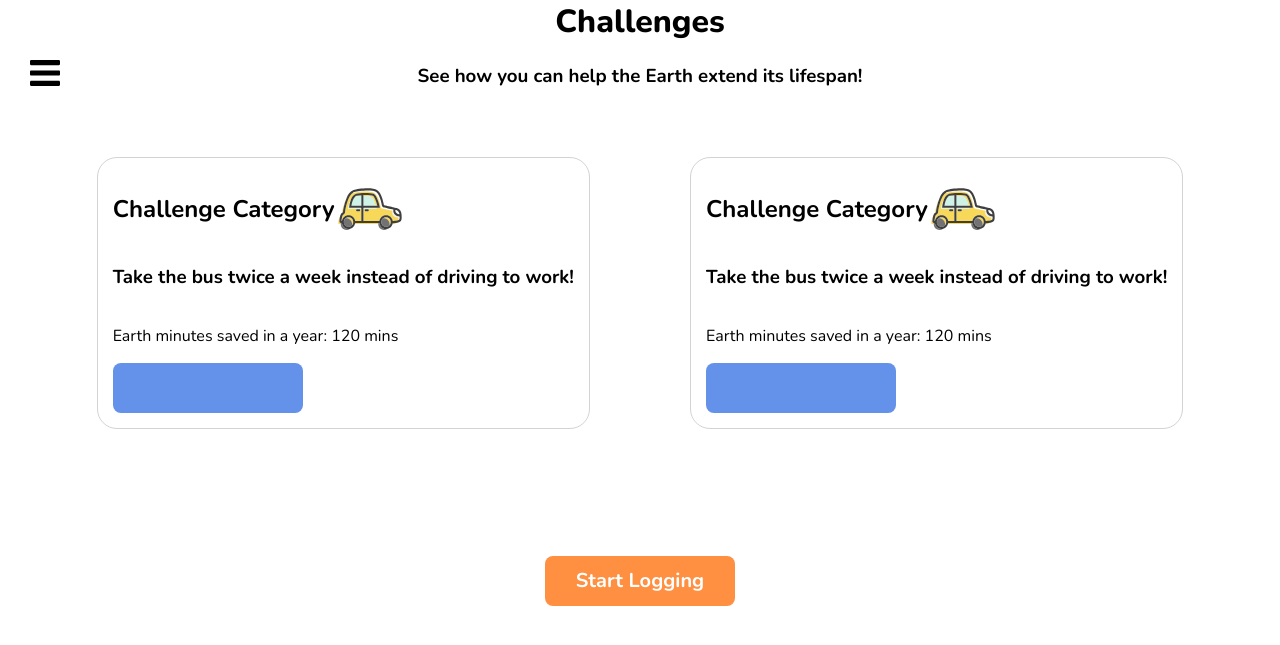
Repository: cho196/Timearth
Page: /challenges
These files come from the project's save history. The page is drawn as it stood at one moment and after the next save; the edit follows.
The browser window is 1280 px wide. The pictures show the whole page.
The project was rebuilt for these pictures with package versions that can differ from the ones it lists, and the page was loaded fresh each time. The framework's server and built-in components were replaced by stand-ins that run in the browser. Also part of the build but not shown: next.config.js.

Above is the page before, as saved 2022-04-12 21:56:39.

### pages/challenges.js
import ChallengeCont from "../comps/Challenge_cont";
import Layout from "../comps/Layout/page"

export default function Challenges() {
    return <div>
    <Layout></Layout>
    <h1>Challenges</h1>
        <h3>See how you can help the Earth
extend its lifespan!</h3>
        <div class="challenges">
        <ChallengeCont></ChallengeCont>
        <ChallengeCont></ChallengeCont>
        </div>
    </div>
}

### styles/globals.css
@import url('https://fonts.googleapis.com/css2?family=Nunito:wght@400;500;600;700;800&display=swap');

html,
body {
  padding: 0;
  margin: 0;
  font-family: 'Nunito', sans-serif;
  text-align: center;
}

a {
  color: inherit;
  text-decoration: none;
}

* {
  box-sizing: border-box;
}

h1 {
    font-weight: 800;
    font-size: 32px;
    line-height: 44px;
    width: 90%;
    margin:auto;
}

h4 {
    font-weight: 400;
    font-size: 18px;
    line-height: 25px;
    margin-top: 0;
    width: 90%;
}

button {
    font-family: 'Nunito', sans-serif;
    border: none;
    font-style: normal;
    cursor: pointer;
}

.logomark {
    width: 12em;
    height: 12em;
    margin-top: 2em;
}

.background-shape {
    position: absolute;
    bottom: 0;
    height: 30%;
    width: 100%;
    border-radius: 50% 50% 0 0;
    background-color: #6B97ED;
    z-index: -1;
}

.section-selection {
    display: flex;
    flex-wrap: wrap;
    justify-content: center;
}

/* challenges */
.challenges {
    display:flex;
    flex-wrap:wrap;
    justify-content: center;
}

.challenge-heading {
    display:flex;
}
.challenge-img {
    align-self:flex-end;
}


@media only screen and (max-width: 600px) and (max-height: 750px){
    .logomark {
        width: 10em;
        height: 10em;
        margin-top: 0.5em;
    }

    h1 {
        font-size: 24px;
    }

    h4 {
        font-size: 16px;
    }

}

### comps/Challenge_cont.js
import { useRouter } from "next/router";
import styled from 'styled-components';
import { cat1, cat2, cat3, cat4, cat5, cat6 } from "../data/intro_content";
import { SecondaryButton } from "./Button";


const Challenge_cont = styled.div`
border:1px solid lightgrey;
border-radius:20px;
display:flex;
flex-direction:column;
align-items:flex-start;
margin:50px;
padding:15px;
`

export function ChallengeHeading() {
    return <div class="challenge-heading">
       <h2>Challenge Category</h2>
        <img class="challenge-img" src={cat1.img} />
    </div>
}

export default function ChallengeCont() {
    return <Challenge_cont>
        <ChallengeHeading />
        <h3>Take the bus twice a week instead of driving to work!</h3>
        <p>Earth minutes saved in a year: 120 mins</p>
        <SecondaryButton></SecondaryButton>
    </Challenge_cont>
}

### comps/Layout/page.js
import { useRouter } from "next/router";
import styled from 'styled-components';
import Menu from "../Menu";
import { PrimaryButton } from '../Button'

const LayoutComp = styled.div`
    display: flex;
    flex-direction: column;
    justify-content: center;
    align-items: center;
`

export default function Layout() {

    return (
        <LayoutComp>
            <Menu />
            <PrimaryButton/>
        </LayoutComp>
    )
}

### data/intro_content.js
export const PageTitle ="Let’s Start!"

export const cat1 = {
    title: "Transportation",
    img: "/transportation.svg"
}

export const cat2 = {
    title: "Food",
    img: "/food.svg"
}

export const cat3 = {
    title: "Water",
    img: "/water.svg"
}

export const cat4 = {
    title: "Electricity",
    img: "/electricity.svg"
}

export const cat5 = {
    title: "Waste",
    img: "/waste.svg"
}

export const cat6 = {
    title: "Shopping",
    img: "/shopping.svg"
}

### comps/Button.js
import { BtnStyle, BtnText, TextBtnStyle } from "../data/index_content"
import { useRouter } from "next/router";
import styled from 'styled-components';

const Button = styled.button`
    background-color: ${props => BtnStyle[props.BtnStyle].bgcolor};
    color: ${props => BtnStyle[props.BtnStyle].txtcolor};
    font-weight: 700;
    font-size: 20px;
    line-height: 27px;
    border-radius: 8px;
    width: 190px;
    height: 50px;
    bottom: 15.88%;
    position: absolute;
`
const TextButton = styled.div`
    display: flex;
    position: absolute;
    font-style: normal;
    font-weight: 700;
    font-size: 18px;
    line-height: 25px;
    cursor: pointer;
    left: ${props => TextBtnStyle[props.TextBtnStyle].left};
    right: ${props => TextBtnStyle[props.TextBtnStyle].right};
    top: 45px;
    color: ${props => TextBtnStyle[props.TextBtnStyle].color}
`
const StartButton = styled.button`
    background-color: ${props => BtnStyle[props.BtnStyle].bgcolor};
    color: ${props => BtnStyle[props.BtnStyle].txtcolor};
    font-weight: 700;
    font-size: 20px;
    line-height: 27px;
    border-radius: 8px;
    width: 190px;
    height: 50px;
`

export function BackButton() {
    const r = useRouter();

    return <TextButton
        TextBtnStyle="back"
        onClick={
            () => {
                r.replace(
                    {
                        pathname: "/intro"
                    }
                )
            }
        }>
        <img src ="../chevronleft.svg"></img>
        {BtnText.back}
    </TextButton>
}

export function SkipButton() {
    // const r = useRouter();

    return <TextButton
        TextBtnStyle = "skip">
        {BtnText.skip}
    </TextButton>
}

export function CTAButton() {
    const r = useRouter();

    return <Button
        BtnStyle="white"
        onClick={
            () => {
                r.replace(
                    {
                        pathname: "/intro"
                    }
                )
            }
        }
    >{BtnText.index}
    </Button>
}

export function PrimaryButton() {
    const r = useRouter();
    return <Button
        BtnStyle="orange"
        onClick={
            () => {
                r.replace(
                    {
                        pathname: "/questions"
                    }
                )
            }
        }
    >{BtnText.intro}
    </Button>
}

export function NextButton() {
    const r = useRouter();

    return <Button
        BtnStyle="white"
        onClick={
            () => {
                r.replace(
                    {
                        pathname: "/intro"
                    }
                )
            }
        }
    >{BtnText.next}
    </Button>
}

export function SecondaryButton() {
    const r = useRouter();

    return <StartButton
        BtnStyle="blue"
        onClick={
            () => {
                r.replace(
                    {
                        pathname: "./"
                    }
                )
            }
        }
    >{BtnText.start}
    </StartButton>
}

### comps/Menu.js
import { useRouter } from "next/router";
import styled from 'styled-components';

const Hamburger = styled.img`
    position: absolute;
    width: 30px;
    height: 26px;
    left: 30px;
    top: 60px;
    cursor: pointer;
`

export default function Menu() {

    return <Hamburger
        src="/hamburger.svg"
        alt="Hamburger Menu"
        onClick={
            () => {

            }
        }
    />

}

### data/index_content.js
export const PageTitle = "It’s time to log your changes!";

export const TextBtnStyle = {
    back: {
        color: "#000000",
        left: "14px"

    },

    skip: {
        color: "#BFBFBF",
        right: "30px"
    }
}

export const BtnStyle = {
    blue: {
        bgcolor: "#6491E9",
        txtcolor: "#FFFFFF"
    },

    orange: {
        bgcolor: "#FF9042",
        txtcolor: "#FFFFFF"
    },

    white: {
        bgcolor: "#FFFFFF",
        txtcolor: "#000000"
    },

    inactive: {
        bgcolor: "#DADADA",
        txtcolor: "#FFFFFF"
    }
}

export const BtnText = {
    index: "Get Started",
    intro: "Start Logging",
    next: "Next",
    back: "Back",
    skip: "Skip"
}

Loaded but not shown: pages/_app.js (common file)

After the next save:
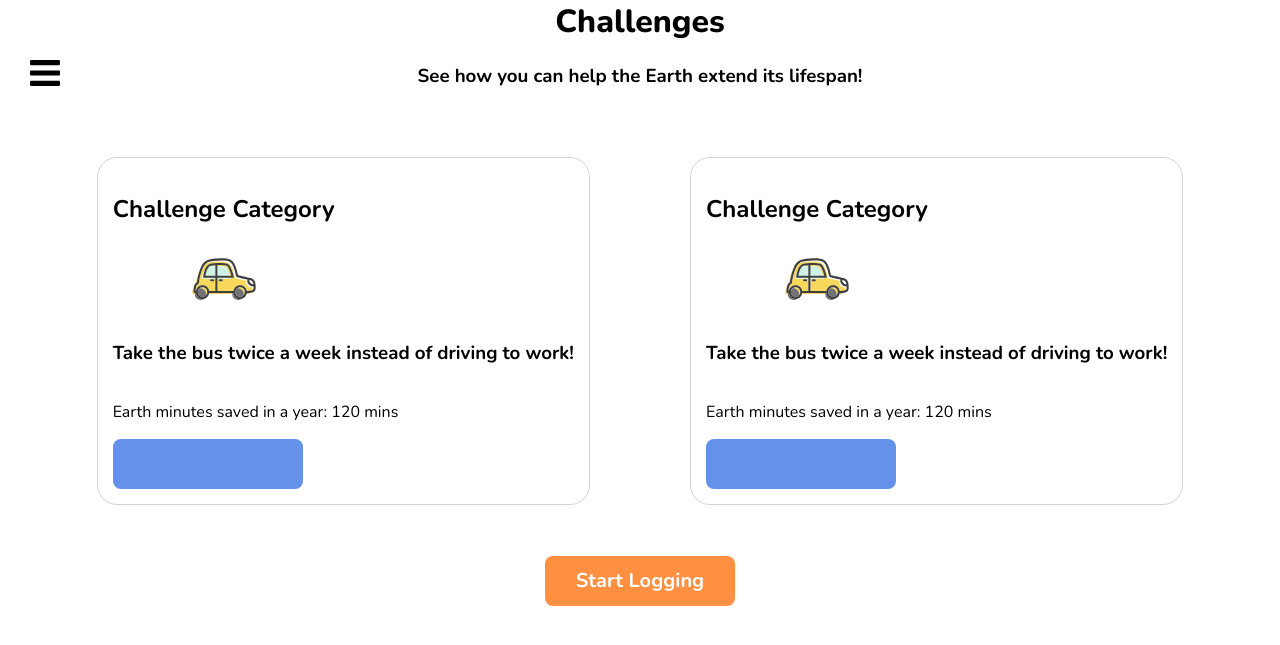
Saved 33 s later.
--- a/styles/globals.css
+++ b/styles/globals.css
@@ -70,11 +70,9 @@
 }
 
 .challenge-heading {
-    display:flex;
+    display:inline;
 }
-.challenge-img {
-    align-self:flex-end;
-}
+
 
 
 @media only screen and (max-width: 600px) and (max-height: 750px){

After the save that followed:
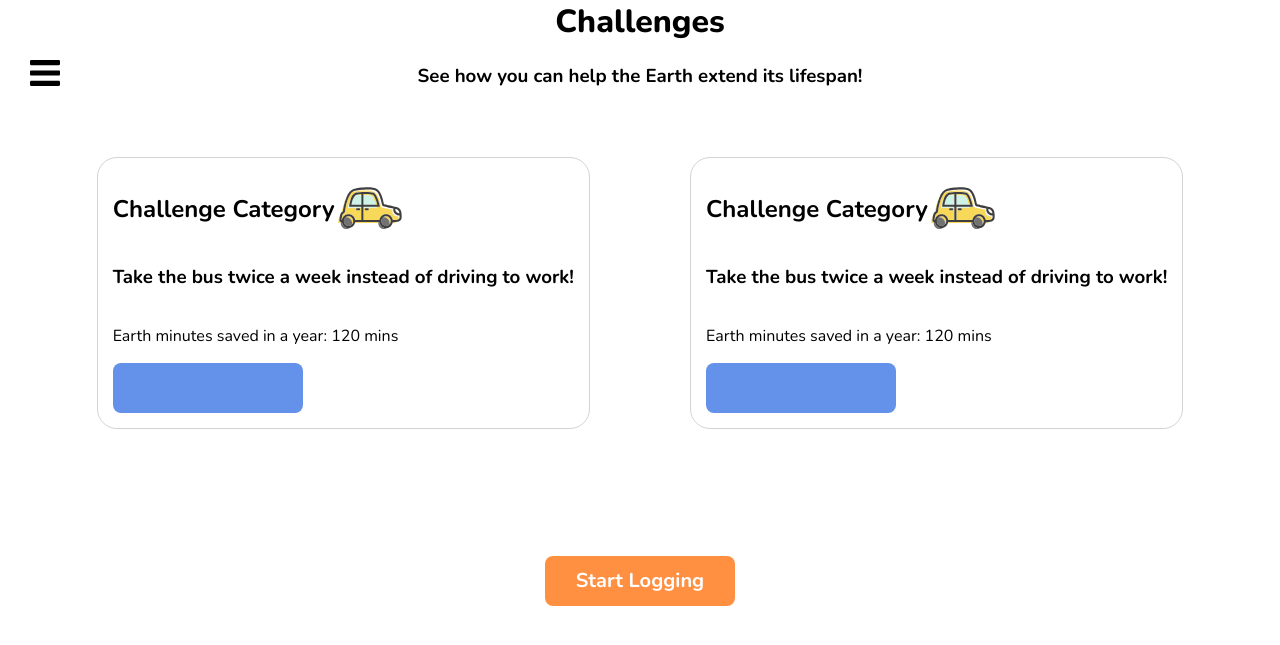
Saved 18 s later.
--- a/styles/globals.css
+++ b/styles/globals.css
@@ -70,7 +70,7 @@
 }
 
 .challenge-heading {
-    display:inline;
+    display:flex;
 }
 
 
